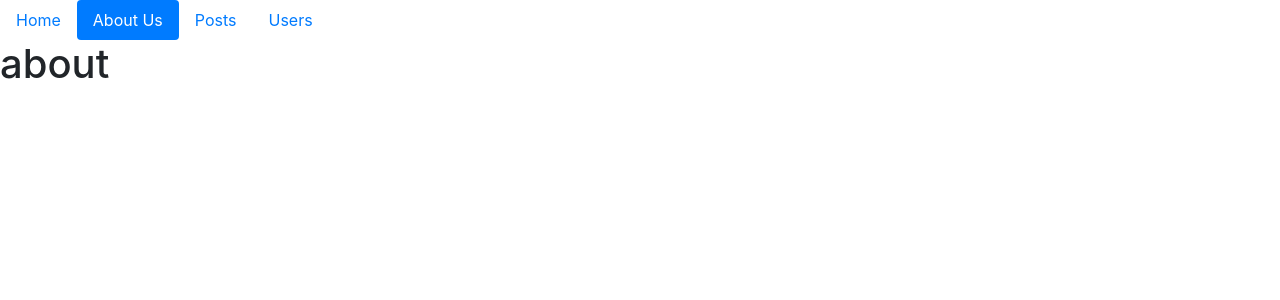
Repository: toufik17/vuejs
Page: /about
The author's editor kept a copy of each file at every save. The page is drawn from the files as they stood at one save, then again after the next save.
The browser window is 1280 px wide. The pictures show the whole page.
The project was rebuilt for these pictures with package versions that can differ from the ones it lists, and the page was loaded fresh each time.

Above is the page before, as saved 2019-03-06 11:04:01.

### public/index.html
<!DOCTYPE html>
<html lang="en">
  <head>
    <meta charset="utf-8">
    <meta http-equiv="X-UA-Compatible" content="IE=edge">
    <meta name="viewport" content="width=device-width,initial-scale=1.0">
    <link rel="icon" href="<%= BASE_URL %>favicon.ico">
    <link rel="stylesheet" href="https://stackpath.bootstrapcdn.com/bootstrap/4.1.2/css/bootstrap.min.css" integrity="sha384-Smlep5jCw/wG7hdkwQ/Z5nLIefveQRIY9nfy6xoR1uRYBtpZgI6339F5dgvm/e9B" crossorigin="anonymous">
    <title>demo</title>
  </head>
  <body>
    <noscript>
      <strong>We're sorry but demo doesn't work properly without JavaScript enabled. Please enable it to continue.</strong>
    </noscript>
    <div id="app"></div>
    <!-- built files will be auto injected -->
  </body>
</html>

### src/main.js
import Vue from 'vue'
import App from './App.vue'
import VueRouter from 'vue-router'

import routes from './routes'

Vue.use(VueRouter);
const router = new VueRouter({
  mode: "history",
  routes : routes
})

Vue.config.productionTip = false

new Vue({
  render: h => h(App),
  router
}).$mount('#app')

### src/App.vue
<template>
  <div id="app">
    <NavBar />
    <router-view></router-view>
  </div>
</template>

<script>

import NavBar from "./components/NavBar"
export default {
  name: 'app',
  components: {
    NavBar
  }
}
</script>

<style>

</style>

### src/routes.js
import Home from './components/Home'
import About from './components/About'

const routes = [
    {path: "/", component: Home},
    {path: "/about", component: About}
];

export default routes;

### src/components/NavBar.vue
<template>
    <ul class="nav nav-pills">
      <li class="nav-item">
        <router-link :to="{name: 'home'}" class="nav-link" active-class="active" exact href="#">
          Home
        </router-link>
      </li>
      <li class="nav-item">
        <router-link to="/about" class="nav-link" active-class="active" href="#">
          About Us
        </router-link>
      </li>
      <li class="nav-item">
        <router-link to="/posts" class="nav-link" active-class="active" href="#">
          Posts
        </router-link>
      </li>
      <li class="nav-item">
        <router-link to="/users" class="nav-link" active-class="active" href="#">
          Users
        </router-link>
      </li>
    </ul>
</template>

### src/components/About.vue
<template>
    <h1>about</h1>
</template>

### src/components/Home.vue
<template>
    <h1>home</h1>
</template>

After the next save:
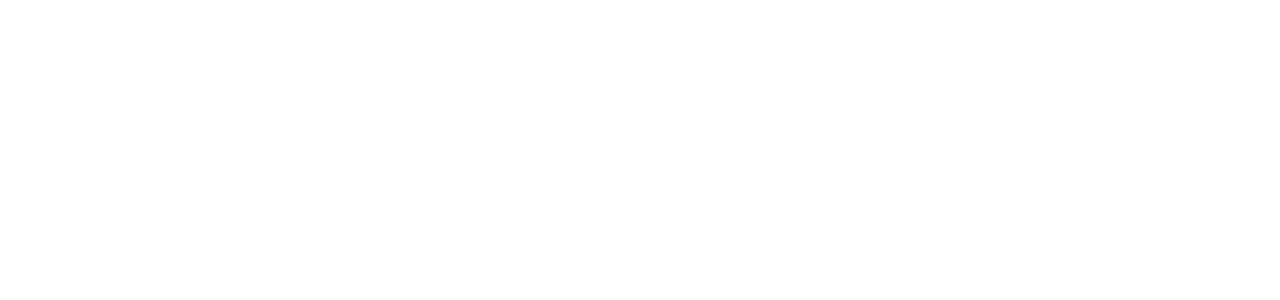
Console error (its wording comes from the project's code and is left out).
Saved 73 s later.
--- a/src/routes.js
+++ b/src/routes.js
@@ -3,7 +3,8 @@
 
 const routes = [
     {path: "/", component: Home},
-    {path: "/about", component: About}
+    {path: "/about", component: About},
+    {}
 ];
 
 export default routes;

After the 2 saves that followed:
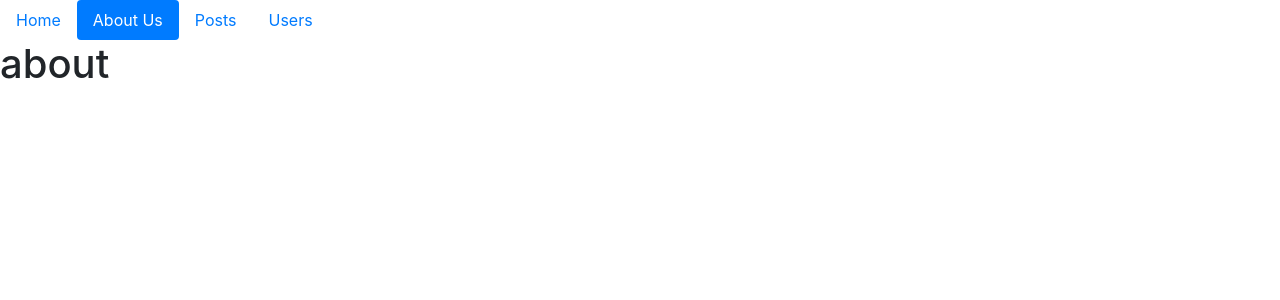
The error is gone.
The 2 saves are shown as one change because they came seconds apart.
The last was saved 6 s later.
--- a/src/routes.js
+++ b/src/routes.js
@@ -4,7 +4,8 @@
 const routes = [
     {path: "/", component: Home},
     {path: "/about", component: About},
-    {}
+    {path: "/about", component: About},
+
 ];
 
 export default routes;
